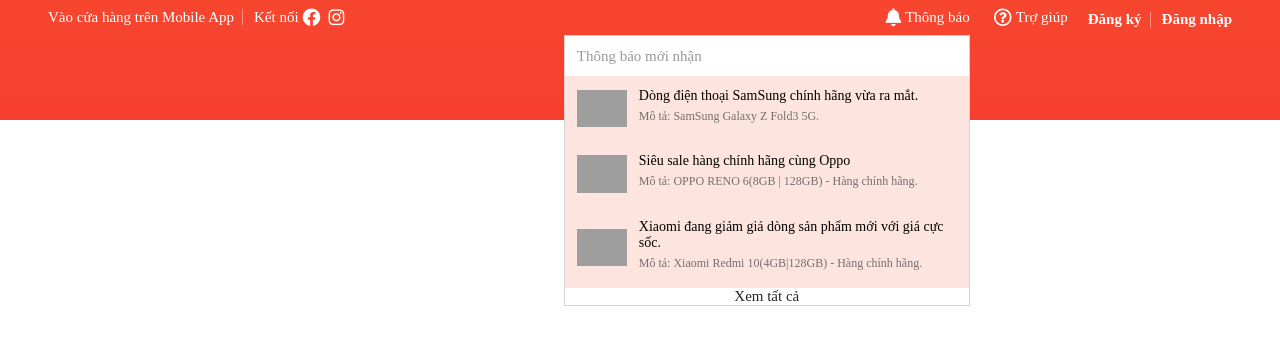
Repository: Qson412/BTL_Web
Page: index.html
These files come from the project's save history. The page is drawn as it stood at one moment and after the next save; the edit follows.
The browser window is 1280 px wide. The pictures show the whole page.
Pictures or frames that could not be fetched are drawn as grey boxes.

Above is the page before, as saved 2021-11-29 09:31:43.

### index.html
<!DOCTYPE html>
<html lang="en">

<head>
    <meta charset="UTF-8">
    <meta http-equiv="X-UA-Compatible" content="IE=edge">
    <meta name="viewport" content="width=device-width, initial-scale=1.0">
    <link rel="stylesheet" href="./base.css">
    <link rel="stylesheet" href="./main.css">
    <link rel="stylesheet" href="./fontawesome-free-5.15.4-web/css/all.min.css">
    <title>Trang trủ</title>
</head>

<body>
    <div class="app">
        <!-- HEADER -->
        <header class="header">
            <div class="grid">
                <nav class="header__navbar">
                    <ul class="header__navbar-list">
                        <li class="header__navbar-item header__navbar-item--has-qr header__navbar-item--separate">
                            Vào cửa hàng trên Mobile App
                            <!--Link Dowloads App in QR, GG Play and AppStore-->
                            <div class="header__qr">
                                <img src="./uploads/qr_code.png" alt="QR code" class="header__qr-img">
                                <div class="header__qr-app">
                                    <!--Link Dowloads App in GG Play-->
                                    <a href="https://play.google.com/store/apps/details?id=com.shopee.vn&hl=vi&gl=US"
                                        class="header__qr-link"><img src="./uploads/gg_play.png" alt="Google Play"
                                            class="header__qr-dowloads-img"></a>
                                    <!--Link Dowloads App in AppStore-->
                                    <a href="https://apps.apple.com/vn/app/id959841449" class="header__qr-link"><img
                                            src="./uploads/appstore.png" alt="App Store"
                                            class="header__qr-dowloads-img"></a>
                                </div>
                            </div>
                        </li>
                        <li class="header__navbar-item">
                            <span class="header__navbar-title--no-poiter">Kết nối</span>
                            <a href="https://www.facebook.com/" class="header__navbar-icon-link"><i
                                    class="header__navbar-icon fab fa-facebook"></i></a>
                            <a href="https://www.instagram.com/" class="header__navbar-icon-link"><i
                                    class="header__navbar-icon fab fa-instagram"></i></a>
                        </li>
                    </ul>

                    <ul class="header__navbar-list">
                        <li class="header__navbar-item"><a href="" class="header__navbar-item-link">
                                <i class="header__navbar-icon fas fa-bell"></i>
                                Thông báo</a>
                                <!-- Header Notification-->
                                <div class="header__notify">
                                    <header class="header__notify-header">
                                        <h3> Thông báo mới nhận</h3>
                                    </header>
                                    <ul class="header__notify-list">
                                        <li class="header__notify-item header__notify-item--viewed">
                                            <a href="" class="header__notify-link">
                                                <img src="https://cf.shopee.vn/file/3096ba0dd1902385608dca97184bb28b_tn" alt="" class="header__notify-img">
                                                <div class="header__notify-info">
                                                    <span class="header__notify-name">
                                                        Dòng điện thoại SamSung chính hãng vừa ra mắt. </span>
                                                    <span class="header__notify-descriotion">
                                                        Mô tả: SamSung Galaxy Z Fold3 5G.
                                                    </span>
                                                </div>
                                            </a>
                                        </li>

                                        <li class="header__notify-item header__notify-item--viewed">
                                            <a href="" class="header__notify-link">
                                                <img src="https://cf.shopee.vn/file/98a817a6d4d54cbe3c3f241815fc9c8f" alt="" class="header__notify-img">
                                                <div class="header__notify-info">
                                                    <span class="header__notify-name">
                                                        Siêu sale hàng chính hãng cùng Oppo </span>
                                                    <span class="header__notify-descriotion">
                                                        Mô tả: OPPO RENO 6(8GB | 128GB) - Hàng chính hãng.
                                                    </span>
                                                </div>
                                            </a>
                                        </li>

                                        <li class="header__notify-item header__notify-item--viewed">
                                            <a href="" class="header__notify-link">
                                                <img src="https://cf.shopee.vn/file/cd2c1b70c092a7ce16bf17bdd33a638e" alt="" class="header__notify-img">
                                                <div class="header__notify-info">
                                                    <span class="header__notify-name">
                                                        Xiaomi đang giảm giá dòng sản phẩm mới với giá cực sốc.</span>
                                                    <span class="header__notify-descriotion">
                                                        Mô tả: Xiaomi Redmi 10(4GB|128GB) - Hàng chính hãng.
                                                    </span>
                                                </div>
                                            </a>
                                        </li>
                                    </ul>
                                    <footer class="header__notify-footer">
                                        <a href="" class="header__notify-footer-btn">Xem tất cả</a>
                                    </footer>
                                </div>
                        </li>
                        <li class="header__navbar-item"><a href="" class="header__navbar-item-link">
                                <i class="header__navbar-icon far fa-question-circle"></i>
                                Trợ giúp</a>
                        </li>
                        <li class="header__navbar-item header__navbar-item--strong header__navbar-item--separate">Đăng
                            ký</li>
                        <li class="header__navbar-item header__navbar-item--strong">Đăng nhập</li>
                    </ul>
                </nav>
            </div>

        </header>

        <div class="container">

        </div>

        <footer class="footer">

        </footer>
    </div>
</body>

</html>

### base.css
body{
    margin: 0;
    padding: 0;
}
.grid{
    width: 1200px;
    max-width: 100%;
    margin: 0 auto;
}

/* Animation */
@keyframes fadeIn{
    from{
        opacity: 0;
    }
    to{
        opacity: 1;
    }
}
/* Bien ma mau*/
:root{
    --primary-color: #ee4d2d;

}

### main.css
.header{

    height: 120px;
    background-image: linear-gradient(0, #f63f2e, #f7462e);
}
.header__navbar{
    display: flex;
    justify-content: space-between;
}
.header__navbar-list{
    list-style: none;
    padding-left: 0;
    margin-top: 4px;
}

.header__navbar-icon-link{
    color: white;
    text-decoration: none;
}

.header__navbar-icon{
    font-size: 18px;
    margin: 0 4px;
}
.header__navbar-item{
    margin: 0 8px ;
    position: relative;
    min-height: 26px;
}
.header__navbar-item--has-qr:hover .header__qr{
    display: block;
}
.header__navbar-item,
.header__navbar-item-link{
    display: inline-block;
    font-size: 15px;
    color: white;
    text-decoration: none;
   font-family: 'Times New Roman', Times, serif;
}
.header__navbar-item:hover,
.header__navbar-icon-link:hover,
.header__navbar-item-link:hover{
    cursor: pointer;
    color: rgba(255, 255, 255, 0.7);
}

.header__navbar-item,
.header__navbar-item-link,
.header__navbar-icon-link{
    display: inline-flex;
    align-items: center;
}
.header__navbar-item--strong{
    font-weight: 900;
}

.header__navbar-item--separate::after{
    content: "";
    display: block;
    position: absolute;
    border-left: 1px solid #FB9086;
    height: 16px;
    right: -9px;
    top: 50%;
    transform: translateY(-50%);
}

.header__navbar-title--no-poiter{
    cursor: text;
    color: white;
}

/* Header QR code */
.header__qr{
    width: 175px;
    background-color: white ;
    position: absolute;
    left: 0;
    top: 118%;
    padding: 8px;
    border-radius: 2px;
    display: none;
    animation: fadeIn ease-in 0.5s;
}
.header__qr::before{
    position: absolute;
    left: 0;
    top: -16px;
    width: 100%;
    height: 20px;
    content: "";
    display: block;
}
.header__qr-img{
    width: 100%;
}

.header__qr-app{
    display: flex;
    justify-content: space-between;
    /* width: 100%;*/
}

.header__qr-link:nth-child(1){
    margin-left: 11px;
}
.header__qr-link:nth-child(2){
    margin-right: 11px;
}
.header__qr-dowloads-img{
    height: 16px;
}
/* HEADER NOTI.fication */
.header__notify{
    position: absolute;
    top: 118%;
    width: 404px;
    border: 1px solid #d3d3d3;
    background-color: white;
    right: 0;
}

.header__notify-header{
    height: 40px;
    background-color: white;
}

.header__notify-header h3{
    color: #999;
    margin:0 0 0 12px;
    font-weight: 400;
    font-size: 15px;
    line-height: 40px;
}

.header__notify-list{
    padding-left: 0;
}

.header__notify-item{
    display: flex;
}

.header__notify-item:hover{
    background-color: #f7f7f7;
}
.header__notify-item--viewed{
    background-color: rgb(238, 75, 43 , 0.08);
}

.header__notify-link{
    display: flex;
    width: 100%;
    padding: 12px;
    text-decoration: none;
    background-color: rgb(238, 77, 45 , 0.08);
}

.header__notify-img{
    width: 50px;
    object-fit: contain;
}

.header__notify-info{
    margin-left: 12px;
}

.header__notify-name{
    display:block;
    font-size: 14px;
    color: black;
    font-weight: 400;
}

.header__notify-descriotion{
    display: block;
    font-size: 12px;
    color: #756f6e;
    line-height: 1.6rem;
}

.header__notify-footer{
    text-align: center;
}

.header__notify-footer-btn{
    text-decoration: none;
    color: #272626;
    padding: 4px 16px;
}

Loaded but not shown: fontawesome-free-5.15.4-web/css/all.min.css (library)

After the next save:
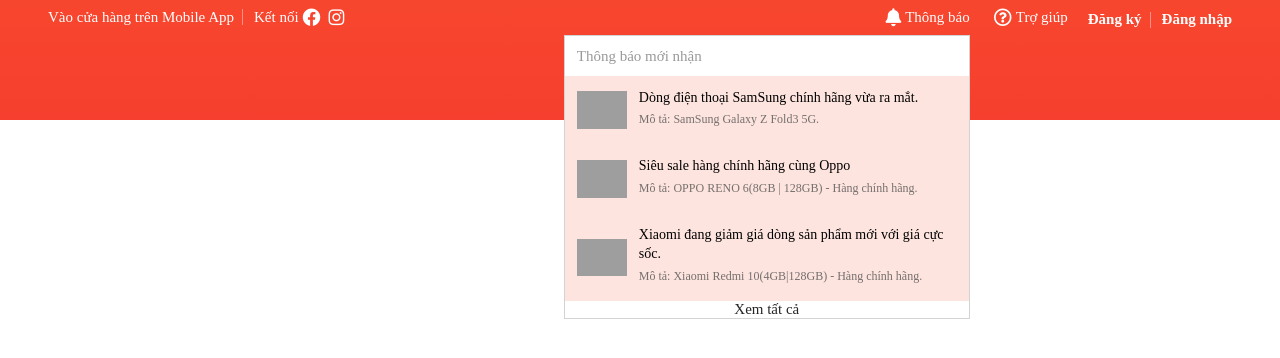
Saved 108 s later.
--- a/main.css
+++ b/main.css
@@ -171,6 +171,7 @@
     font-size: 14px;
     color: black;
     font-weight: 400;
+    line-height: 1.2rem;
 }
 
 .header__notify-descriotion{
